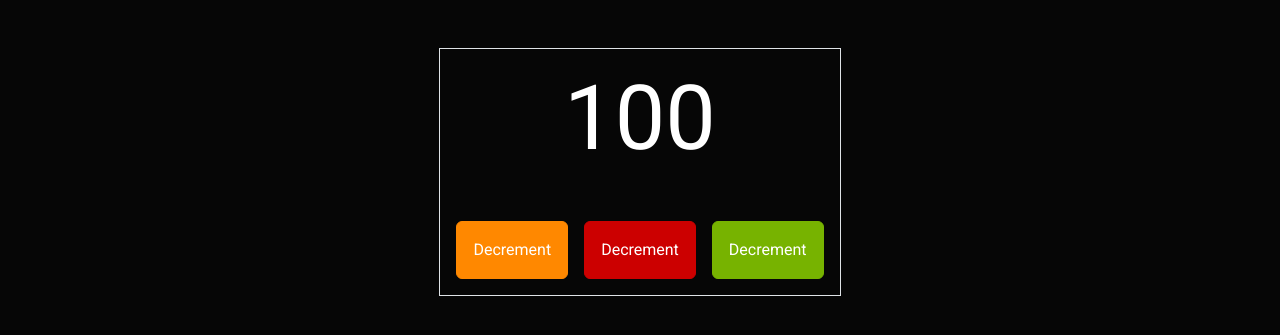
Repository: Afraz13/Emoboo
Page: /
The author's editor kept a copy of each file at every save. The page is drawn from the files as they stood at one save, then again after the next save.
The browser window is 1280 px wide. The pictures show the whole page.
The project was rebuilt for these pictures with package versions that can differ from the ones it lists, and the page was loaded fresh each time.

Above is the page before, as saved 2024-08-15 12:36:24.

After the next save:
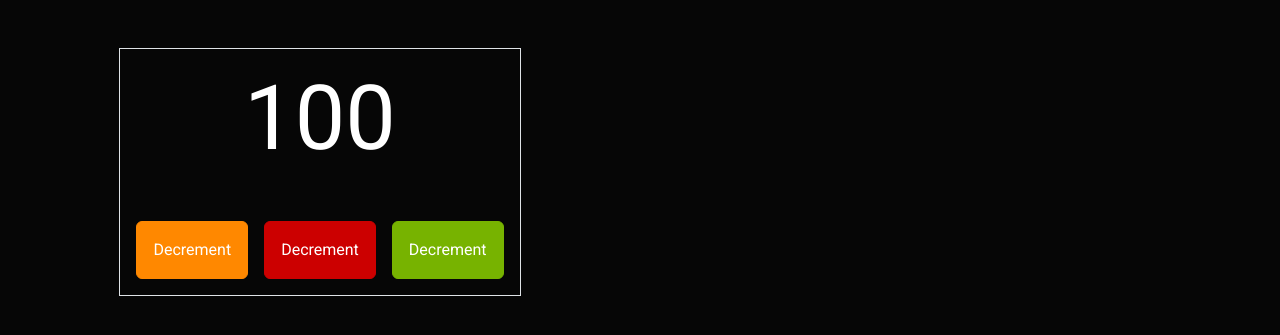
Saved 11 s later.
--- a/src/compontent/Counter.jsx
+++ b/src/compontent/Counter.jsx
@@ -2,7 +2,7 @@
 
 function Counter() {
   return (
-    <div className='d-flex justify-content-center align-items-center w-100 flex-column mt-5  '>
+    <div className='d-flex justify-content-center align-items-center w-50 flex-column mt-5  '>
         <div className='border p-3 '>
         <h1 style={{fontSize:'90px'}}>100</h1>
         <div className='mt-5'>

After the save that followed:
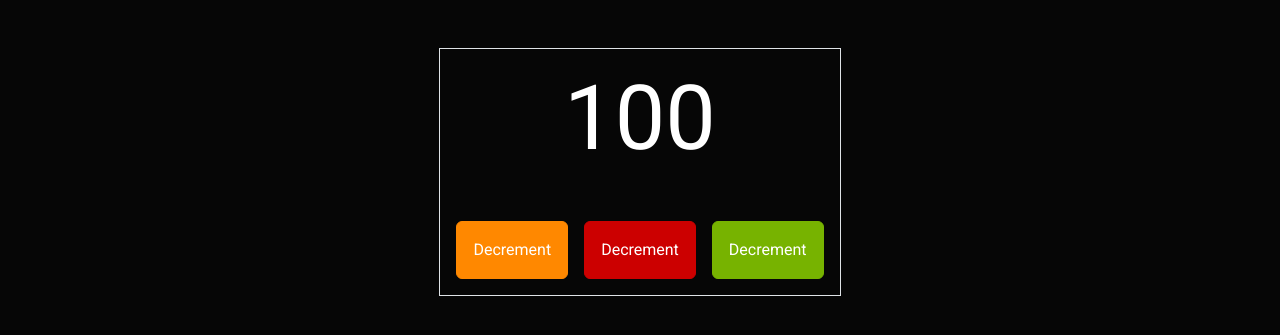
Saved 11 s later.
--- a/src/compontent/Counter.jsx
+++ b/src/compontent/Counter.jsx
@@ -2,7 +2,7 @@
 
 function Counter() {
   return (
-    <div className='d-flex justify-content-center align-items-center w-50 flex-column mt-5  '>
+    <div className='d-flex justify-content-center align-items-center w-100 flex-column mt-5  '>
         <div className='border p-3 '>
         <h1 style={{fontSize:'90px'}}>100</h1>
         <div className='mt-5'>
